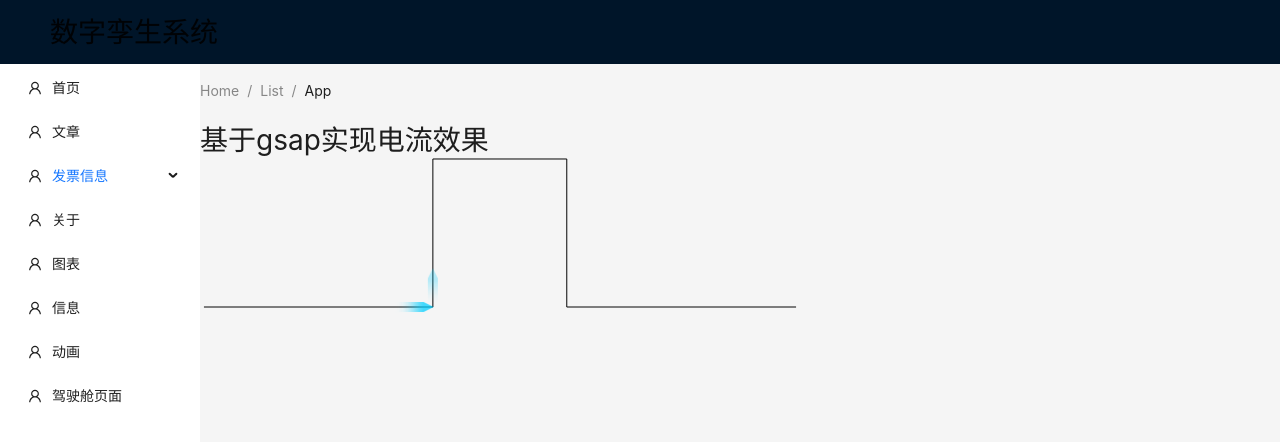
Repository: HailiePan/webpack-react-practice
Page: /animation
An editor plug-in stored every save of this project. The page is shown before and after the next save, followed by the edit.
The browser window is 1280 px wide. The pictures show the whole page.
The project was rebuilt for these pictures with package versions that can differ from the ones it lists, and the page was loaded fresh each time. Also part of the build but not shown: src/pages/Animation/component/ScrollAnimation/index.jsx, src/pages/Home.jsx, src/pages/Invoices/index.jsx, src/pages/Invoices/Invoice.jsx, src/pages/Invoices/Pending.jsx, src/pages/Invoices/Complete.jsx, src/components/CommonBox/index.less, src/components/CommonBox/index.jsx and 27 more.

Above is the page before, as saved 2024-01-24 17:01:03.

After the next save:
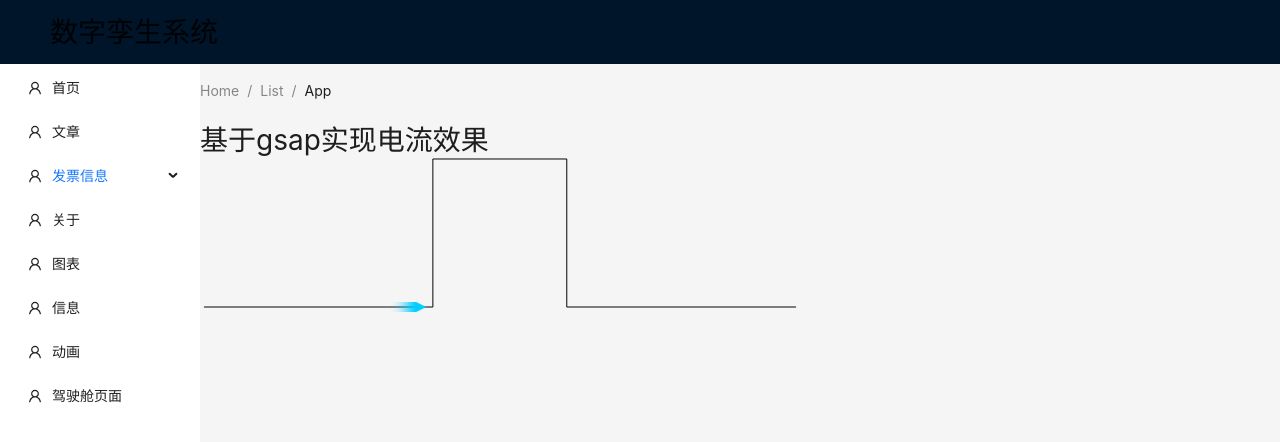
Saved 65 s later.
--- a/src/pages/Animation/component/ImitateElectricity/index.jsx
+++ b/src/pages/Animation/component/ImitateElectricity/index.jsx
@@ -2,7 +2,7 @@
  * @Author: Hailie.Pan
  * @Date: 2024-01-16 22:18:53
  * @LastEditors: Hailie.Pan
- * @LastEditTime: 2024-01-24 17:00:57
+ * @LastEditTime: 2024-01-24 17:02:08
  * @Description:
  */
 import React, { useEffect, useRef } from 'react';
@@ -46,7 +46,7 @@ export default function ImitateElectricity() {
         duration: 0.2,
         opacity: 1
       },
-      '<'
+      '<0.1'
     );
 
     tl.to([jiantou2.current], {
